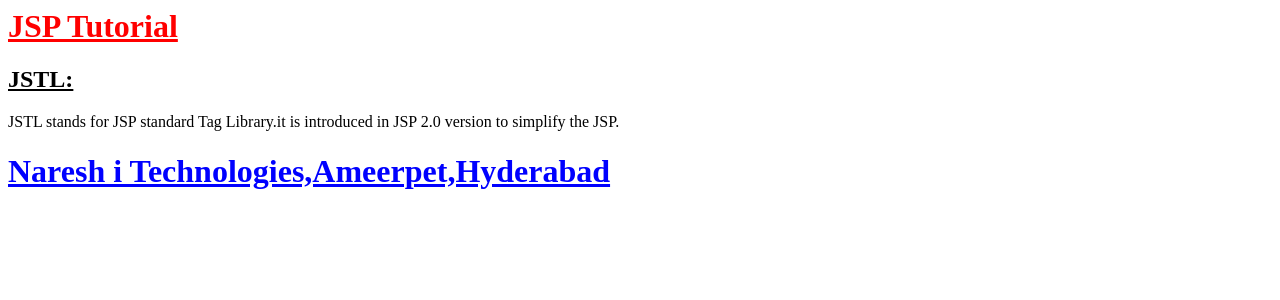
Repository: venugopalakrishnamylavarapu/Naresh-It-Full-Stack-java-Developer
Page: http://localhost/JSP/page2.jsp
An editor plug-in stored every save of this project. The page is shown before and after the next save, followed by the edit.
The browser window is 1280 px wide. The pictures show the whole page.
The page is served by Tomcat 9. Other server files are loaded and not shown.

Above is the page before, as saved 2023-03-14 14:36:18.

### Advanced Java/Coding/JSP/src/main/webapp/page2.jsp
<html>
<body>
<jsp:include page="header.jsp"/>
<h2><u>JSTL:</u></h2>
<%= "JSTL stands for JSP standard Tag Library.it is introduced in JSP 2.0 version to simplify the JSP." %>
<jsp:include page="footer.jsp"/>
</body>
</html>

### Advanced Java/Coding/JSP/src/main/webapp/header.jsp
<html>
<body>
<font color=red>
<h1><u><%="JSP Tutorial" %></u></h1>
</font>
</body>
</html>

### Advanced Java/Coding/JSP/src/main/webapp/footer.jsp
<html>
<body>
<font color=blue>
<h1><u><%="Naresh i Technologies,Ameerpet,Hyderabad" %></u></h1>
</font>
</body>
</html>

After the next save:
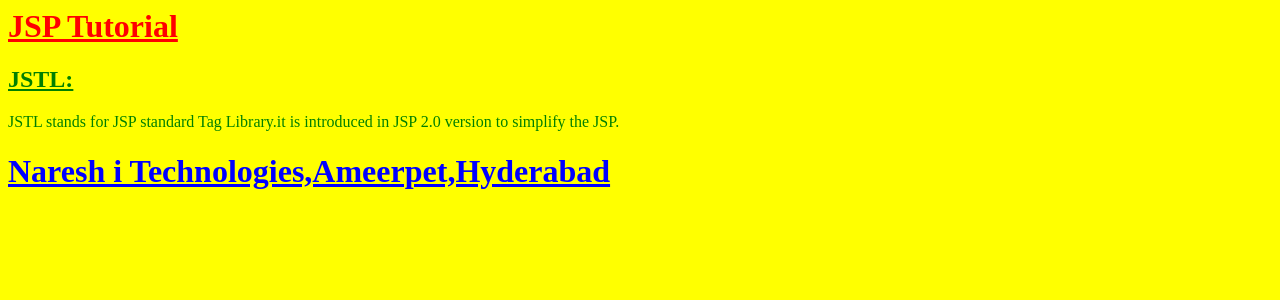
Saved 10 s later.
--- a/Advanced Java/Coding/JSP/src/main/webapp/page2.jsp
+++ b/Advanced Java/Coding/JSP/src/main/webapp/page2.jsp
@@ -1,5 +1,5 @@
 <html>
-<body>
+<body bgcolor=yellow text=green>
 <jsp:include page="header.jsp"/>
 <h2><u>JSTL:</u></h2>
 <%= "JSTL stands for JSP standard Tag Library.it is introduced in JSP 2.0 version to simplify the JSP." %>
